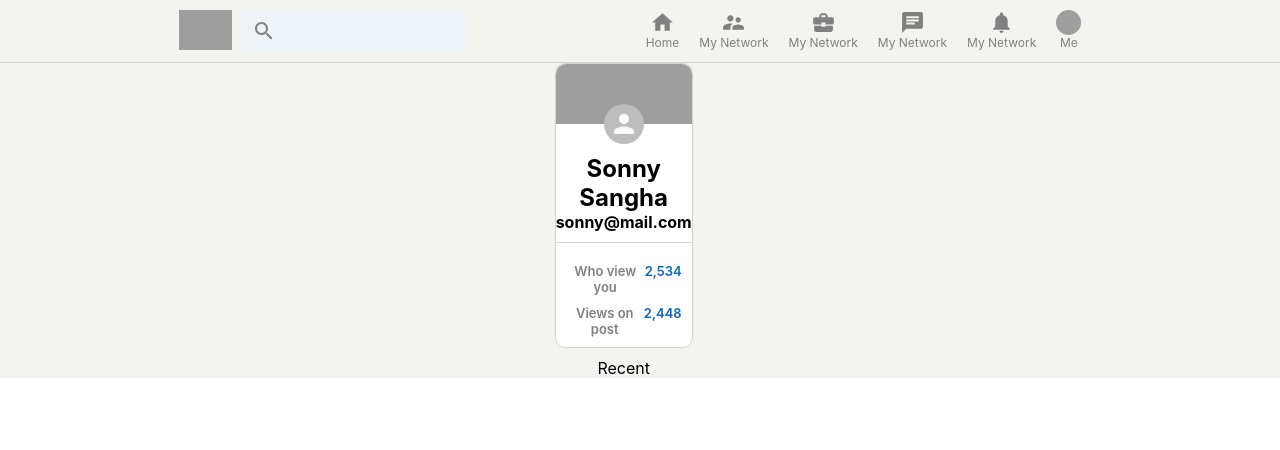
Repository: joaogamarra/linkedin-clone
Page: /
These files come from the project's save history. The page is drawn as it stood at one moment and after the next save; the edit follows.
The browser window is 1280 px wide. The pictures show the whole page.
Pictures or frames that could not be fetched are drawn as grey boxes. The project was rebuilt for these pictures with package versions that can differ from the ones it lists, and the page was loaded fresh each time.

Above is the page before, as saved 2021-02-18 23:00:49.

### src/index.js
import React from 'react'
import ReactDOM from 'react-dom'
import './index.css'
import App from './App'

ReactDOM.render(
	<React.StrictMode>
		<App />
	</React.StrictMode>,
	document.getElementById('root')
)

### src/index.css
* {
	margin: 0;
}

body {
	margin: 0;
	font-family: -apple-system, BlinkMacSystemFont, 'Segoe UI', 'Roboto', 'Oxygen', 'Ubuntu', 'Cantarell',
		'Fira Sans', 'Droid Sans', 'Helvetica Neue', sans-serif;
	-webkit-font-smoothing: antialiased;
	-moz-osx-font-smoothing: grayscale;
}

code {
	font-family: source-code-pro, Menlo, Monaco, Consolas, 'Courier New', monospace;
}

### src/App.js
import './App.css'
import Header from './components/header/Header'
import Sidebar from './components/sidebar/Sidebar'

function App() {
	return (
		<div className='App'>
			<Header />
			<div className='app__body'>
				<Sidebar />
			</div>
		</div>
	)
}

export default App

### src/App.css
.App {
	background-color: #f3f3ef;
	display: flex;
	flex-direction: column;
	align-items: center;
}

.app__body {
	display: flex;
}

### src/components/header/Header.js
import './Header.css'
import HeaderOption from './HeaderOption'
import SearchIcon from '@material-ui/icons/Search'
import HomeIcon from '@material-ui/icons/Home'
import SupervisorAccountIcon from '@material-ui/icons/SupervisorAccount'
import BusinessCenterIcon from '@material-ui/icons/BusinessCenter'
import ChatIcon from '@material-ui/icons/Chat'
import NotificationsIcon from '@material-ui/icons/Notifications'

const Header = () => {
	return (
		<div className='header'>
			<div className='header__left'>
				<img src='https://www.flaticon.com/svg/static/icons/svg/174/174857.svg' alt='' />

				<div className='header__search'>
					<SearchIcon />
					<input type='text' />
				</div>
			</div>
			<div className='header__right'>
				<HeaderOption Icon={HomeIcon} title='Home' />
				<HeaderOption Icon={SupervisorAccountIcon} title='My Network' />
				<HeaderOption Icon={BusinessCenterIcon} title='My Network' />
				<HeaderOption Icon={ChatIcon} title='My Network' />
				<HeaderOption Icon={NotificationsIcon} title='My Network' />
				<HeaderOption
					avatar='https://compassionate-leakey-e9b16b.netlify.app/images/IG_Sonny.jpeg'
					title='Me'
				/>
			</div>
		</div>
	)
}

export default Header

### src/components/sidebar/Sidebar.js
import './Sidebar.css'
import { Avatar } from '@material-ui/core'

const Sidebar = () => {
	return (
		<div className='sidebar'>
			<div className='sidebar__top'>
				<img
					src='https://images.unsplash.com/photo-1579546929518-9e396f3cc809?ixid=MXwxMjA3fDB8MHxwaG90by1wYWdlfHx8fGVufDB8fHw%3D&ixlib=rb-1.2.1&auto=format&fit=crop&w=1350&q=80'
					alt=''
				/>
				<Avatar className='sidebar__avatar' />
				<h2>Sonny Sangha</h2>
				<h4>sonny@mail.com</h4>
			</div>

			<div className='sidebar__stats'>
				<div className='sidebar__stat'>
					<p>Who view you</p>
					<p className='sidebar__statNumber'>2,534</p>
				</div>
				<div className='sidebar__stat'>
					<p>Views on post</p>
					<p className='sidebar__statNumber'>2,448</p>
				</div>
			</div>

			<div className='sidebar__bottom'>
				<p>Recent</p>
			</div>
		</div>
	)
}

export default Sidebar

### src/components/header/Header.css
.header {
	position: sticky;
	top: 0;
	display: flex;
	justify-content: space-evenly;
	padding: 10px 0;
	width: 100%;
	border-bottom: 0.1px solid lightgray;
	z-index: 30;
}

.header__left {
	display: flex;
}

.header__left > img {
	object-fit: contain;
	height: 40px;
	margin-right: 10px;
}

.header__search {
	padding: 10px;
	display: flex;
	align-items: center;
	border-radius: 5px;
	height: 22px;
	color: gray;
	background-color: #eef3f8;
}

.header__search > input {
	outline: none;
	border: none;
	background: none;
}

.header__right {
	display: flex;
}

### src/components/header/HeaderOption.js
import './HeaderOption.css'
import { Avatar } from '@material-ui/core'

const HeaderOption = ({ avatar, Icon, title }) => {
	return (
		<div className='headerOption'>
			{Icon && <Icon className='headerOption__icon' />}
			{avatar && <Avatar className='headerOption__icon' src={avatar} />}
			<h3 className='headerOption__title'>{title}</h3>
		</div>
	)
}

export default HeaderOption

### src/components/sidebar/Sidebar.css
.sidebar {
	position: sticky;
	flex: 0.2;
	top: 80px;
	height: fit-content;
	border-radius: 10px;
	text-align: center;
}

.sidebar__avatar {
	margin-bottom: 10px;
}

.sidebar__top {
	display: flex;
	flex-direction: column;
	align-items: center;
	border: 1px solid lightgray;
	border-bottom: 0;
	border-top-left-radius: 10px;
	border-top-right-radius: 10px;
	background-color: white;
	padding-bottom: 10px;
}

.sidebar__top > img {
	margin-bottom: -20px;
	width: 100%;
	height: 60px;
	border-top-left-radius: 10px;
	border-top-right-radius: 10px;
}
.sidebar__stats {
	padding: 10px;
	margin-bottom: 10px;
	border: 1px solid lightgray;
	border-bottom-left-radius: 10px;
	border-bottom-right-radius: 10px;
	background-color: white;
}

.sidebar__stat {
	margin-top: 10px;
	display: flex;
	justify-content: space-between;
}

.sidebar__stat > p {
	color: gray;
	font-size: 13px;
	font-weight: 600;
}

.sidebar__statNumber {
	font-weight: bold;
	color: #0a66c2 !important;
}

### src/components/header/HeaderOption.css
.headerOption {
	display: flex;
	flex-direction: column;
	align-items: center;
	margin-right: 20px;
	color: gray;
	cursor: pointer;
}

.headerOption:hover {
	color: black;
}

.headerOption__title {
	font-size: 12px;
	font-weight: 400;
}

.headerOption__icon {
	object-fit: contain;
	height: 25px !important;
	width: 25px !important;
}

Loaded but not shown: public/index.html (common file)

After the next save:
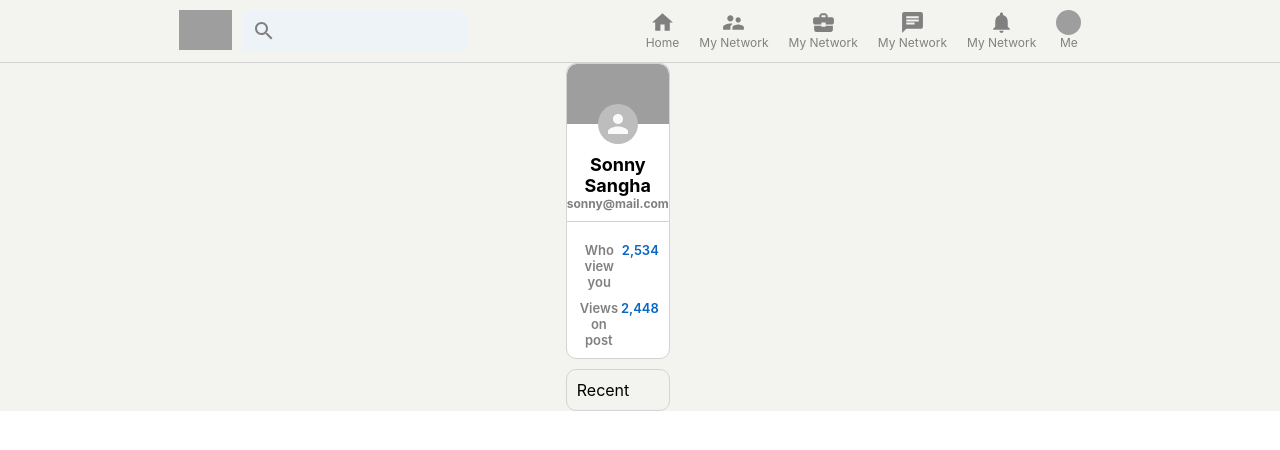
Saved 14 min 11 s later.
--- a/src/components/sidebar/Sidebar.css
+++ b/src/components/sidebar/Sidebar.css
@@ -9,6 +9,15 @@
 
 .sidebar__avatar {
 	margin-bottom: 10px;
+}
+
+.sidebar__top > h4 {
+	color: gray;
+	font-size: 12px;
+}
+
+.sidebar__top > h2 {
+	font-size: 18px;
 }
 
 .sidebar__top {
@@ -55,3 +64,11 @@
 	font-weight: bold;
 	color: #0a66c2 !important;
 }
+
+.sidebar__bottom {
+	text-align: left;
+	padding: 10px;
+	border: 1px solid lightgray;
+	border-radius: 10px;
+	margin-top: 10px;
+}
